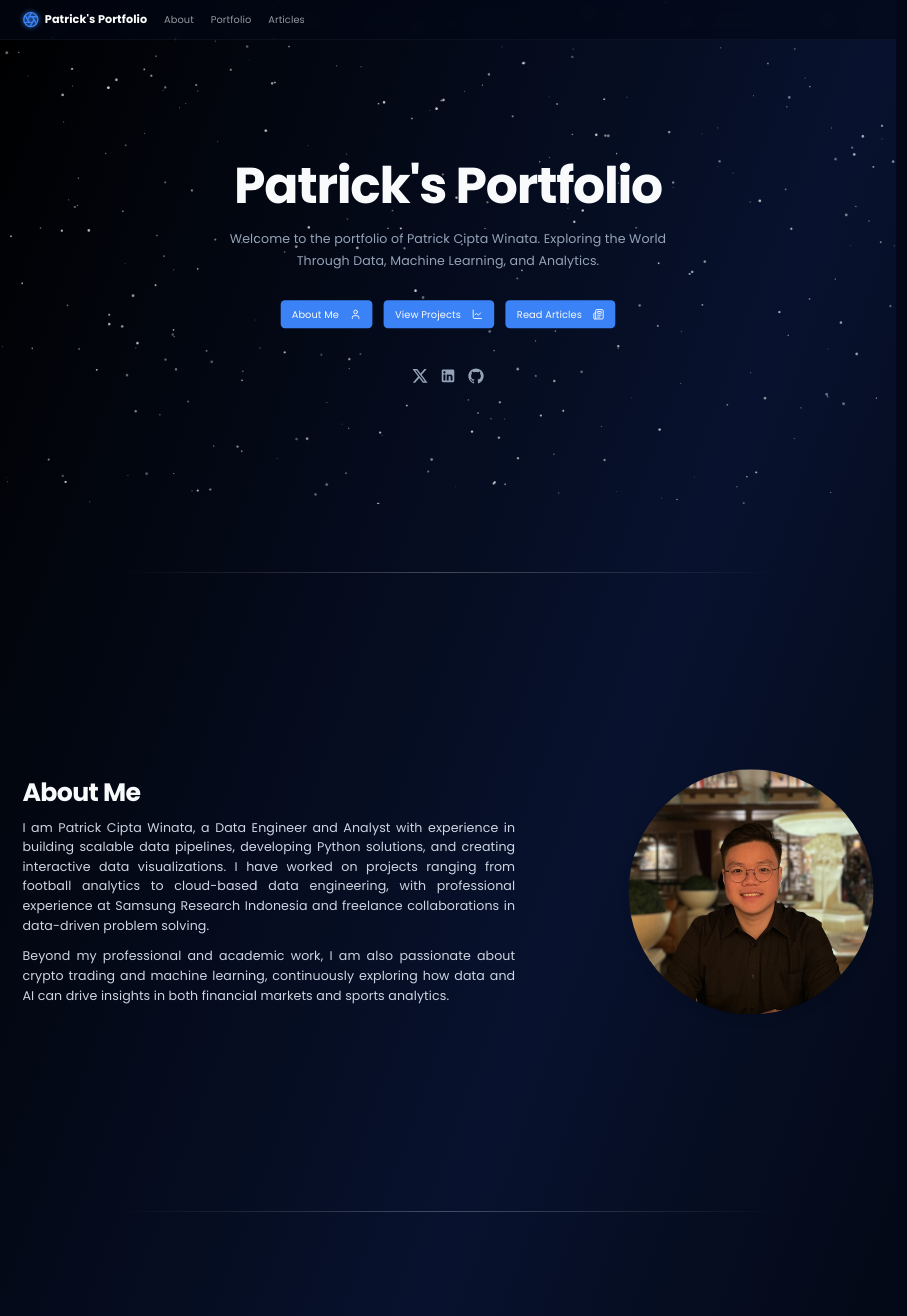
Repository: patrick-cw/my-portfolio
Page: /
These files come from the project's save history. The page is drawn as it stood at one moment and after the next save; the edit follows.
The browser window is 1280 px wide. The page is 1296 px wide, so the pictures cover 1296 px, including what lies to the right of the window. The pictures show the part of the page from y = 0 to 1880 px (the page is 3545 px tall), at 70% of full size.
The project was rebuilt for these pictures with package versions that can differ from the ones it lists, and the page was loaded fresh each time. The framework's server and built-in components were replaced by stand-ins that run in the browser. Also part of the build but not shown: next.config.ts.

Above is the page before, as saved 2025-08-31 02:12:22.

After the next save:
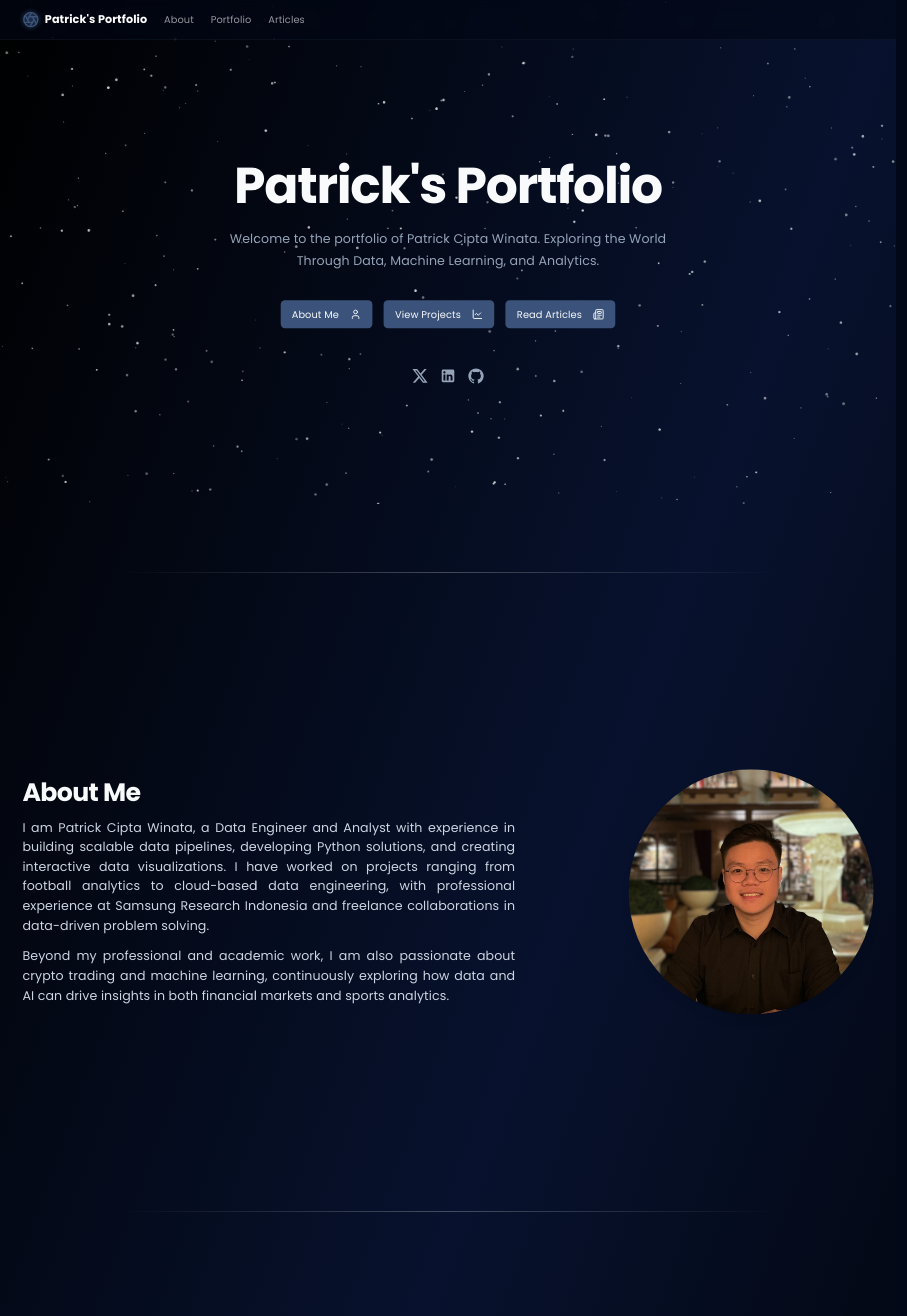
Saved 13 min 31 s later.
--- a/src/app/globals.css
+++ b/src/app/globals.css
@@ -47,7 +47,7 @@
     --card-highlight: 217.2 32.6% 12.5%;
     --popover: 222.2 84% 4.9%;
     --popover-foreground: 210 40% 98%;
-    --primary: 217.2 91.2% 59.8%;
+    --primary: 217.2 35% 35.5%;
     --primary-foreground: 210 40% 98%;
     --secondary: 217.2 32.6% 17.5%;
     --secondary-foreground: 210 40% 98%;
